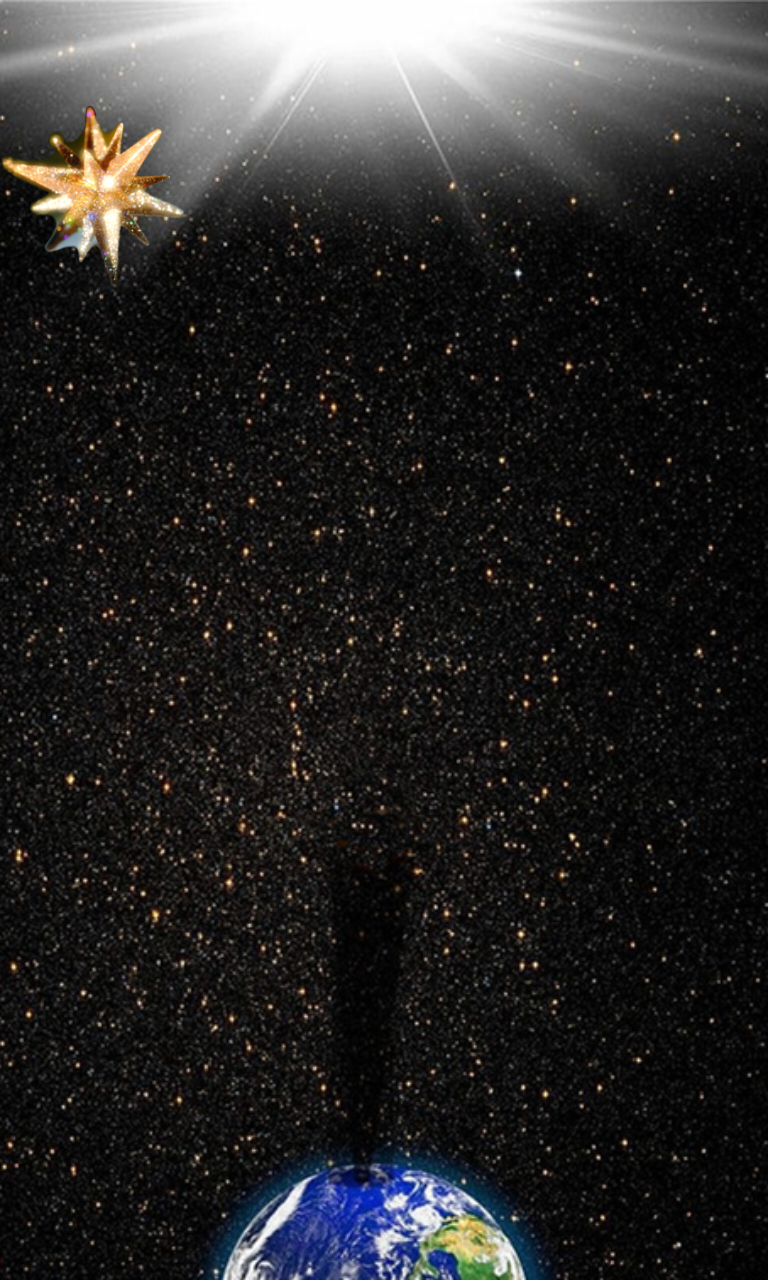
Repository: xianyun2014/StarPoint
Layout: game/res/layout/activity_main.xml
The author's editor kept a copy of each file at every save. The layout is drawn from the files as they stood at one save, then again after the next save.
It is drawn on a 768 x 1280 px phone screen (xhdpi) without system bars, with theme AppTheme; the app's code is not run.

Above is the layout before, as saved 2014-11-14 06:23:10.

### game/res/layout/activity_main.xml
<RelativeLayout xmlns:android="http://schemas.android.com/apk/res/android"
    xmlns:tools="http://schemas.android.com/tools"
    android:layout_width="fill_parent"
    android:layout_height="fill_parent"
    tools:context="${relativePackage}.${activityClass}" >

    <ImageView
        android:id="@+id/imageView1"
        android:layout_width="fill_parent"
        android:layout_height="fill_parent"
        android:layout_alignParentTop="true"
        android:scaleType="fitXY"
        android:src="@drawable/back" />

    <ImageView
        android:id="@+id/imageView2"
        android:layout_width="100dp"
        android:layout_height="100dp"
        android:layout_alignParentTop="true"
        android:layout_marginTop="44dp"
        android:scaleType="fitXY"
        android:src="@drawable/star" />

</RelativeLayout>

Loaded but not shown: game/res/values/styles.xml (common file); game/res/values-v11/styles.xml (common file); game/res/values-v14/styles.xml (common file)

After the next save:
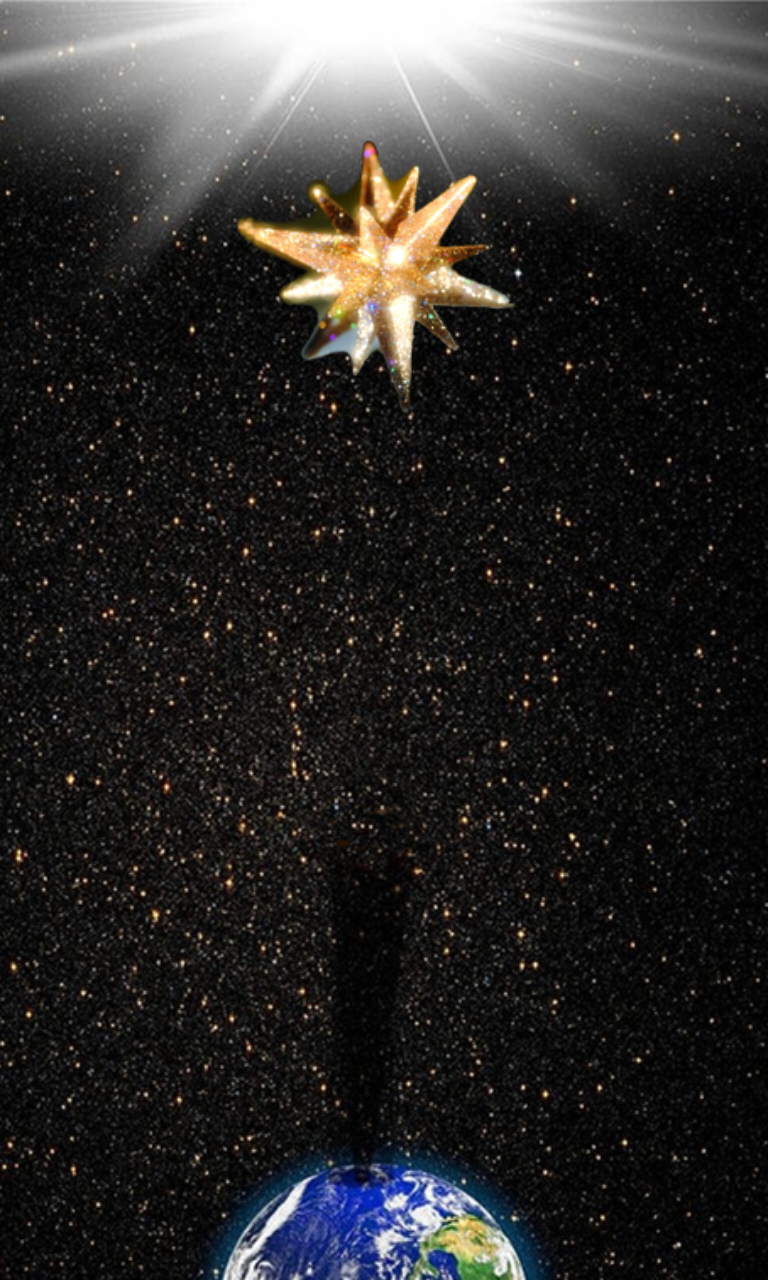
Saved 9 s later.
--- a/game/res/layout/activity_main.xml
+++ b/game/res/layout/activity_main.xml
@@ -14,10 +14,11 @@
 
     <ImageView
         android:id="@+id/imageView2"
-        android:layout_width="100dp"
-        android:layout_height="100dp"
+        android:layout_width="150dp"
+        android:layout_height="150dp"
         android:layout_alignParentTop="true"
-        android:layout_marginTop="44dp"
+        android:layout_centerHorizontal="true"
+        android:layout_marginTop="57dp"
         android:scaleType="fitXY"
         android:src="@drawable/star" />
 
